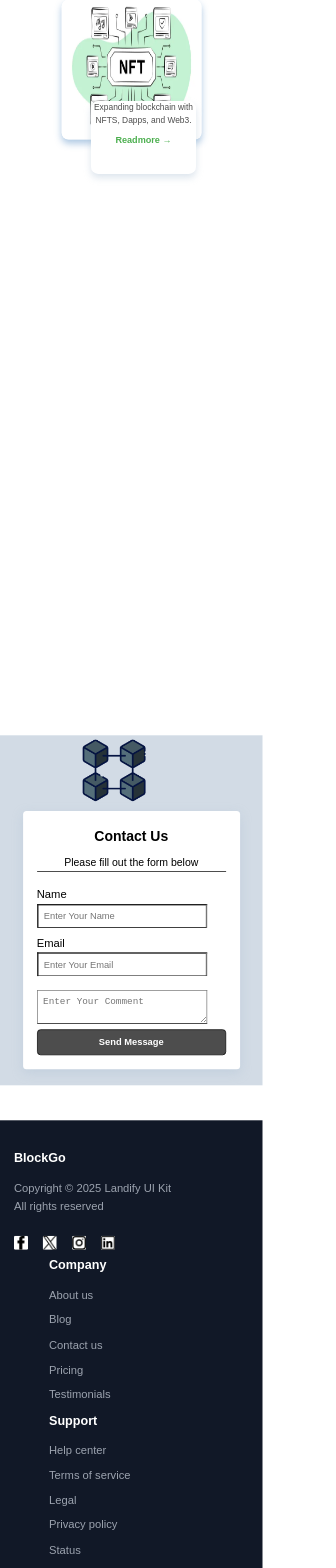
Repository: Tafsirul555/Assignment
Page: Assignment/index.html
The author's editor kept a copy of each file at every save. The page is drawn from the files as they stood at one save, then again after a run of saves.
The browser window is 375 px wide. The page is 480 px wide, so the pictures cover 480 px, including what lies to the right of the window. The pictures show the part of the page from y = 3649 to 5889 px (the page is 6010 px tall before and 5210 px after), at 70% of full size.

Above is the page before, as saved 2025-06-12 23:36:36.

### Assignment/index.html
<!DOCTYPE html>
<html lang="en">
<head>
    <meta charset="UTF-8">
    <meta name="viewport" content="width=device-width, initial-scale=1.0">
    <link rel="stylesheet" href="Assignment1.css">
    <title>Document</title>
</head>
<body>
    <nav class="navbar">

        <div class="logo">
            <h1>BlockGo</h1>
        </div>

        <div class="nav-link">

                    <a href="#">Home</a>
                    <a href="#">Blog</a>
                    <a href="#">Contact</a>
                    <a href="#">About</a>
        </div>
        <div class="Data">
            <a href="#" class="SignUp">Sign Up</a>
            <p>&nbsp;or&nbsp;</p>
            <a href="#" class="Login">Login</a>
        </div>
    </nav>

    <header class="Headerbar">

        <div class="Header-banner">
            <h1>Learn Center</h1>
            <p>Your hub for no-nonsense articles, videos, and how-to guides to help you get up to speed on all things crypto and blockchain</p>

            <a href="#" class="headerbutton">Learn More</a>
        </div>
         <div class="bannerpic">
            <img src="../Assignment/Pic/blockchain-20-8079799-6591924-removebg-preview.png" alt="Blockchain">
        </div>
    </header>

    <main class="mainbar">
        <div class="main-text">
        <h1>Our Clients</h1>
        <p>We have been working with some fortune 500+ clients</p>
        </div>

        <div class="main-pic">
            <img src="../Assignment/Pic/icon/block.png" alt="block.png">
            <img src="../Assignment/Pic/icon/blockchain.png" alt="blockchain.png">
            <img src="../Assignment/Pic/icon/crypto-wallet.png" alt="crypto-wallet.png">
            <img src="../Assignment/Pic/icon/currency-exchange (1).png" alt="currency-exchange (1).png">
            <img src="../Assignment/Pic/icon/currency-exchange.png" alt="currency-exchange.png">
            <img src="../Assignment/Pic/icon/secure.png" alt="secure.png">
        </div>
    </main>

    <section class="sectionbar">
        <div class="section-text">
        <h1>Explore the Power of <br>Blockchain in key Sectors</h1>

<p>Who can benefit from blockchain technology?</p>
</div>
    </section>

    <article class="articlebar">

        <div class="article-cc">
            <img src="../Assignment/Pic/icon/group (1).png" alt="group.png">
            <h1>Creator Communities</h1>
            <p>Support creators with NFT<br>marketplaces and direct engagement<br>with their audience.</p>
            </div>

       <div class="article-fi">
        <img src="../Assignment/Pic/icon/corporation.png" alt="corporation.png">
       <h1>Financial Institutions</h1>
       <p>Blockchain enables secure,<br>transparent, and decentralized<br>financial transactions</p>
        </div>

        <div class="article-scm">
            <img src="../Assignment/Pic/icon/procurement.png" alt="procurement.png">
            <h1>Supply Chain Management</h1>
            <p>Enhance traceability, transparency,<br>and operational efficiency across<br>global supply chains</p>
        </div>
    </article>

    <figure class="figurebar">

        <div class="figure-text">
            <h2>Helping Blockchain<br>Transform the World</h2>
            <p>We reached here with innovation and decentralization</p>
        </div>

        <div class="figure-box">

            <div class="figure-box1">

        <div class="figure-bn">
            <div class="figure-bn-img">
            <img src="../Assignment/Pic/icon/group.png" alt="">
            </div>
            <div class="figure-bn-text">
            <h2>120+</h2>
            <p>Blockchain Network</p>
            </div>
        </div>

        <div class="figure-sc">
            <div class="figure-sc-img">
            <img src="../Assignment/Pic/icon/mutual.png" alt="">
            </div>
            <div class="figure-sc-text">
            <h2>420,000+</h2>
            <p>Smart Contracts</p>
            </div>
        </div>
        </div>

        <div class="figure-box2">
        <div class="figure-tvl">
            <div class="figure-tvl-img">
            <img src="../Assignment/Pic/icon/tap.png" alt="">
            </div>
            <div class="figure-tvl-text">
            <h2>$150 Billion+</h2>
            <p>Total Value Locked</p>
            </div>
        </div>

        <div class="figure-aw">
            <div class="figure-aw-img">
            <img src="../Assignment/Pic/icon/wallet.png" alt="">
            </div>
            <div class="figure-aw-text">
            <h2>1,245,000+</h2>
            <p>Active Wallets</p>
            </div>
        </div>
        </div>
        </div>
    </figure>

    <aside class="BlockchainFuture">

        <div class="BlockchainFuture-text">
            <h2>Blockchain: The Foundation of the Future</h2>
            <p>Discover the latest blockchain trends, innovations, and use cases. Learn how <br>blockchain is reshaping industries, securing data, and powering the next <br>generation of applications.</p>
        </div>

    <div class="BlockchainFutureBox">

    <div class="BlockchainFuture-box1">
        <div class="img1">
            <img src="../Assignment/Pic/bank.png" alt="bank">
        </div>
        <div class="text1">
        <p>Transforming banking with<br>secure and decentralized<br>solutions.</p>
        <p class="readmore">Readmore →</p>
        </div>
    </div>

    <div class="BlockchainFuture-box2">
        <div class="img2">
            <img src="../Assignment/Pic/transparency.webp" alt="transparency">
        </div>
        <div class="text2">
        <p>Ensuring transparency and<br>traceability worldwide.</p>
        <p class="readmore">Readmore →</p>
        </div>
    </div>

    <div class="BlockchainFuture-box3">
        <div class="img3">
            <img src="../Assignment/Pic/Top-10-NFT-DApps-in-2023-01.webp" alt="NFT DApps">
        </div>
        <div class="text3">
        <p>Expanding blockchain with<br>NFTS, Dapps, and Web3.</p>
        <p class="readmore">Readmore →</p>
        </div>
    </div>

</div>

  </aside>

  <div class="Contact">

    <div class="Contact-Img">
        <img src="../Assignment/Pic/blockchain.png" alt="Blockchain">
    </div>

    <div class="Contact-Form">
        <form action="">
            <caption><h1>Contact Us</h1> <p>Please fill out the form below</p></caption>
        <form action="">

            <label for="name">Name</label>
            <input type="text" name="Name" id="name" placeholder="Enter Your Name" required> <br>

            <label for="email">Email</label>
            <input type="email" name="Email" id="email" placeholder="Enter Your Email" required> <br>

            <textarea name="Comment" id="comment" placeholder="Enter Your Comment"  required></textarea>

            <button type="submit">Send Message</button>
        </form>
    </div>
  </div>

  <footer class="footer">
  <div class="footer-container">
    <div class="footer-column1">
      <h4>BlockGo</h4>
      <p>Copyright &copy; 2025 Landify UI Kit <br> All rights reserved</p>
      <div class="footer-socials">
        <a href="#"><img src="../Assignment/Pic/icon/facebook.png " alt="Facebook"></a>
        <a href="#"><img src="../Assignment/Pic/icon/twitter.png" alt="Twitter"></a>
        <a href="#"><img src="../Assignment/Pic/icon/instagram.png" alt="Instagram"></a>
        <a href="#"><img src="../Assignment/Pic/icon/linkedin.png" alt="linkedin"></a>
      </div>
    </div>

    <div class="footer-column">
      <h4>Company</h4>
      <ul>
        <li><a href="#">About us</a></li>
        <li><a href="#">Blog</a></li>
        <li><a href="#">Contact us</a></li>
        <li><a href="#">Pricing</a></li>
        <li><a href="#">Testimonials</a></li>
      </ul>
    </div>

    <div class="footer-column">
      <h4>Support</h4>
      <ul>
        <li><a href="#">Help center</a></li>
        <li><a href="#">Terms of service</a></li>
        <li><a href="#">Legal</a></li>
        <li><a href="#">Privacy policy</a></li>
        <li><a href="#">Status</a></li>
      </ul>
    </div>

    <div class="footer-column">
      <h4>Stay up to date</h4>
      <form class="newsletter-form">
        <input type="email" placeholder="Your email address">
        <button type="submit">
            <img src="../Assignment/Pic/icon/direct.png" alt="Send Icon">
        </button>
      </form>
    </div>
  </div>
</footer>

</body>
</html>

### Assignment/Assignment1.css
*{
    margin: 0;
    padding: 0;
    box-sizing: border-box;
    text-decoration: none;
}

body{
    font-family: Arial, sans-serif;
    line-height: 1.6;
    height: 100%;
    background: rgba(255, 255, 255, 1);
}

.navbar{
    width: 100%;
    height: 9vh;
    color: #f5f5ff 0%;
    box-shadow: 0px 2.78px 5.57px 0px rgba(171, 190, 209, 0.4);
    position: fixed;
    display: flex;
    justify-content: center;
    align-items: center;
}

.navbar div,
.navbar a,
.navbar h1,
.navbar p{
    display: inline-block;
}

.navbar .nav-link a{
    color: rgba(77, 77, 77, 1);
}


.navbar div,
.navbar a,
.navbar p{
    font-size: 2vh;
}

.navbar .logo,
.navbar .nav-link{
    margin-right: 290px;
}

.navbar .logo,
.navbar .nav-link,
.navbar .data,
.navbar p{
    padding: 10px;
    text-align: center;
}

.navbar .nav-link a{
    padding-right: 3vw;
}

.SignUp,
.Login{
    background-color: rgba(203, 213, 225, 1);
    width: 9vw;
    height: 7vh;
    padding: 10px;
    border-radius: 5px;
    text-align: center;
    font-weight: bold;
    color: black;
}

.Headerbar{
    width: 100%;
    height: 400px;
    background-color: rgba(245, 247, 250, 1);
    display: flex;
    justify-content: center;
    align-items: center;
    padding: 20px;
    gap: 27vw;
    flex-wrap: wrap;
}

.Header-banner{
    display: flex;
    flex-direction: column;
    align-content: center;
    max-width: 400px;
}

.bannerpic{
    width: 150px;
    height: auto;
    object-fit: contain;
    margin-top: 70px;
    margin-right: 20px;
}

.Headerbar p,
.Headerbar h1,
.Headerbar a,
.Headerbar img,
.Header-banner,
.bannerpic{
    background-color: rgba(245, 247, 250, 1);
}

.Headerbar h1{
    margin-top: 80px;
}

.Headerbar p,
.Headerbar h1,
.Headerbar a{
    padding-bottom: 20px;
}

.Header-banner h1{
    font-weight:bold;
    font-size: 44.55px;
    line-height: 52.9px;
    letter-spacing: 0%;
    color: rgba(77, 77, 77, 1);
}

.Header-banner p{
    max-width: 100%;
    word-wrap: break-word;
    color: rgba(77, 77, 77, 1);
    text-align: left;
}

.Header-banner .headerbutton{
    background-color: rgba(203, 213, 225, 1);
    width: 103px;
    height: 50px;
    padding: 10px;
    border-radius: 5px;
}

.Header-banner a{
    color: rgba(2, 6, 23, 1);
    font-family:'Times New Roman', Times, serif;
}

@media (max-width: 550px) {
  .Headerbar {
    flex-direction: column;
    justify-content: flex-start;
    align-items: center;
    height: auto;
  }

  .Header-banner{
    align-items: center;
    text-align: center;
    order: 1;
  }

  .bannerpic {
    width: 200px;
    margin-bottom: 20px;

  }
}

.mainbar{
    width: 100%;
    height: 500px;
    display: flex;
    text-align: center;
    flex-direction: column;
}

.mainbar img{
    display: inline-block;
    width: 27.8427791595459px;
    height: auto;
    margin-left: 120px;

}

.mainbar h1{
    margin-top: 120px;
    color: rgba(77, 77, 77, 1);
}

.mainbar p{
    color: rgba(77, 77, 77, 1);
}

.mainbar p,
.mainbar img{
    margin-top: 30px;
}

@media (max-width: 550px) {
  .mainbar {
    flex-direction: column;
    justify-content: flex-start;
    align-items: center;
    height: auto;
  }

  .main-pic {
    display: inline-block;
    width: 400px;

  }
}

section{
    margin-top: -72px;
}

section h1,
section p{
    text-align: center;
    max-width: 100%;
    word-wrap: break-word;
    color: rgba(77, 77, 77, 1);
}

section p{
    font-size: smaller;
}

@media (max-width: 550px) {
  .sectionbar {
    text-align: center;
    height: auto;
    margin-top: 50px;
  }
}


.articlebar{
    width: 100%;
    height: 200px;
    display: flex;
    justify-content: space-between;
    align-items: center;
    text-align: center;
    flex-wrap: wrap;
    display: inline-block;
    margin-top: 100px;
    color: rgba(77, 77, 77, 1);
}

article img{
    width: 50px;
    height: auto;
}

.articlebar p{
    font-size: small;
}

.articlebar .article-cc,
.articlebar .article-fi,
.articlebar .article-scm{
    display: inline-block;
}

.articlebar .article-fi{
    margin-left: 75px;
    margin-right: 75px;
}

.figurebar{
    width: 100%;
    height: 250px;
    color: rgba(77, 77, 77, 1);
    background-color: rgba(245, 247, 250, 1);
    display: flex;
    justify-content: center;
    align-items: center;
    flex-wrap: wrap;
}

.figurebar .figure-text,
.figurebar .figure-bn,
.figurebar .figure-sc,
.figurebar .figure-tvl,
.figurebar .figure-aw,
.figurebar .figure-box,
.figurebar div,
.figurebar h2,
.figurebar p,
.figurebar img{
    background-color: rgba(245, 247, 250, 1);
}

.figurebar .figure-box img {
    width: 50px;
}

.figure-bn .figure-bn-img,
.figure-bn .figure-bn-text{
    display: inline-block;
}

.figure-sc .figure-sc-img,
.figure-sc .figure-sc-text{
    display: inline-block;
}
.figure-tvl .figure-tvl-img,
.figure-tvl .figure-tvl-text{
    display: inline-block;
}

.figure-aw .figure-aw-img,
.figure-aw .figure-aw-text{
    display: inline-block;
}

.figure-box1 .figure-bn,
.figure-box1 .figure-sc{
    display: inline-block;
}
.figure-box2 .figure-tvl,
.figure-box2 .figure-aw{
    display: inline-block;
}

.figurebar .figure-text{
    margin-right: 150px;
}

.figurebar .figure-bn,
.figure-box .figure-tvl{
    padding-right: 6vw;
}

.figurebar .figure-box1{
    margin-bottom: 2vw;
}

.figurebar img{
    margin-right: 10px;
}

@media (max-width: 550px) {
  .figurebar {
    flex-direction: column;
    display: flex;
    align-items: center;
    justify-content: center;
    align-items: center;
    height: auto;
  }

  .figure-text,
  .figure-box{
    margin-left: 80px;
    margin-top: 50px;
  }

  .figure-text {
    text-align: center;
  }

  .figure-box {
    display: flex;
    justify-content: center;
    display: inline-block;
    width: 400px;

  }

  .figurebar .figure-text,
.figurebar .figure-bn,
.figurebar .figure-sc,
.figurebar .figure-tvl,
.figurebar .figure-aw,
.figurebar .figure-box,
.figurebar div,
.figurebar h2,
.figurebar p,
.figurebar img{
    background-color: rgba(245, 247, 250, 1);
}
}

.BlockchainFuture {
    width: 100%;
    height: auto;
    color: rgba(77, 77, 77, 1);
    padding: 50px 0;
    position: relative;
}

.BlockchainFuture-text {
    margin-bottom: 50px;
    text-align: center;
}

.BlockchainFuture .BlockchainFuture-text p{
    font-size: 12px;
    line-height: 1.5;
}

.BlockchainFutureBox {
    display: flex;
    justify-content: center;
    flex-wrap: wrap;
}

.BlockchainFuture-box1,
.BlockchainFuture-box2,
.BlockchainFuture-box3 {
    width: 300px;
    text-align: center;
    max-width: 400px;

}

.BlockchainFutureBox img {
    width: 200px;
    height: 200px;
    box-shadow: 0px 5.57px 11.14px 0px rgba(51, 118, 186, 0.4);
    border-radius: 10px;
}

.BlockchainFutureBox p {
    font-size: 14px;
    margin: 10px 0;
}

.BlockchainFuture-box1 .text1,
.BlockchainFuture-box2 .text2,
.BlockchainFuture-box3 .text3{
    width: 150px;
    box-shadow: 0px 5.57px 11.14px 0px rgba(171, 190, 209, 0.4);
    border-radius: 10px;
    margin-left: 77px;
    position: absolute;
    background-color: white;
    top: 76%;
    max-width: 200px;
}

.BlockchainFuture-box1 .text1 p,
.BlockchainFuture-box2 .text2 p,
.BlockchainFuture-box3 .text3 p{
    font-size: 12px;
    line-height: 1.5;
    display: block;
}

.BlockchainFuture-box1 .text1 .readmore,
.BlockchainFuture-box2 .text2 .readmore,
.BlockchainFuture-box3 .text3 .readmore{
    font-weight: bold;
    font-size: 13px;
    color: rgba(76, 175, 79, 1);

}

.BlockchainFuture-box2 .text2 ,
.BlockchainFuture-box3 .text3{
    height: 103.5px;
}

.BlockchainFuture-box1 .img1,
.BlockchainFuture-box2 .img2,
.BlockchainFuture-box3 .img3{
    pointer-events: none;
    display: block;
}

.BlockchainFutureBox .BlockchainFuture-box1 :hover{
    background-color: rgba(204, 193, 193, 0.98);
}

.BlockchainFutureBox .BlockchainFuture-box2 :hover{
    background-color: rgba(204, 193, 193, 0.98);
}

.BlockchainFutureBox .BlockchainFuture-box3 :hover{
    background-color: rgba(204, 193, 193, 0.98);
}


@media (max-width: 480px) {
    .BlockchainFuture {
        display: flex;
        flex-direction: column;
        align-items: center;
        justify-content: flex-start;
        height: 1000px;
    }

    .BlockchainFuture-box1,
    .BlockchainFuture-box2,
    .BlockchainFuture-box3 {
        width: 100%;
        text-align: center;
        margin-bottom: 200px;
    }

    .BlockchainFuture-box2 {
        order: 1;
    }

    .BlockchainFuture-box3 {
        order: 2;
    }

    .BlockchainFuture-box1 .text1,
    .BlockchainFuture-box2 .text2,
    .BlockchainFuture-box3 .text3 {
        text-align: center;
        position: relative;
        margin-top: -180px;
       margin-left: 130px;

    }
}


.Contact{
    width: 100%;
    height: 450px;
    display: flex;
    justify-content: space-between;
    align-items: center;
    background-color: rgba(203, 213, 225, 0.85);
    margin-top: 100px;
}

.Contact img{
    width: 250px;
    height: auto;
    margin-left: 200px;
}

.Contact-Form{
    background-color: white;
    box-shadow: 0 5px 15px rgba(171, 190, 209, 0.4);
    color: black;
    width: 310px;
    height: 90%;
    padding: 20px;
    border-radius: 5px;
    position: relative;
    margin-right: 200px;
}

.Contact h1,p{
    text-align: center;
    margin-bottom: 10px;
}

.Contact input,
.Contact textarea{
    margin-bottom: 6px;
    padding: 3px;
    border-bottom: 1px solid black;
}

.Contact p{
    border-bottom: 1px solid black;
    margin-bottom: 20px;
}

.Contact button{
    padding: 10px;
    /* background-color: rgba(205, 25, 25, 0.765); */
    margin-top: 8px;
    border-radius: 5px;
    border: 1px solid black;
    width: 100%;
    text-align: center;
    display: block;
    margin: 20px auto 0;
    background-color: rgba(77, 77, 77, 1);
    color: white;
    font-weight: bold;
    cursor: pointer;
}

.Contact button:hover{
    /* background-color: rgb(104, 4, 4); */
    color: black;
    border: none;
    background-color: rgba(164, 153, 153, 0.929);
}

.Contact input[type="text"],
.Contact input[type="email"],
.Contact textarea[name="Comment"]{
    width: 100%;
    padding: 8px;
    margin-bottom: 10px;
}

.Contact textarea[name="Comment"]{
    margin-top: 10px;
}

@media (max-width: 450px) {

    .Contact {
        flex-direction: column;
        width: 100%;
        height: 500px;
        margin-top: 1000px;
    }

    .Contact-Img{
    width: 150px;
    height: auto;
}

 .Contact-Img img{
    width: 100px;
    height: auto;
    margin-left: 0px;
}

.Contact-Form{
    background-color: white;
    box-shadow: 0 5px 15px rgba(171, 190, 209, 0.4);
    color: black;
    width: 310px;
    height: 80%;
    padding: 20px;
    border-radius: 5px;
    position: relative;
    margin-left: 200px;
    margin-bottom: 10000px;
}

.Contact h1{
    text-align: center;
    margin-bottom: 10px;
    font-size: 20px;
}

.Contact p{
    text-align: center;
    font-size: 15px;
    border-bottom: 1px solid black;
}


.Contact input,
.Contact textarea{
    margin-bottom: 6px;
    padding: 3px;
    border-bottom: 1px solid black;
}

.Contact button{
    padding: 10px;
    border-radius: 5px;
    border: 1px solid black;
    width: 100%;
    text-align: center;
    display: block;
    background-color: rgba(77, 77, 77, 1);
    color: white;
    font-weight: bold;
    cursor: pointer;
    margin-top: -10px;
}

.Contact button:hover{
    color: black;
    border: none;
    background-color: rgba(164, 153, 153, 0.929);
}

.Contact input[type="text"],
.Contact input[type="email"],
.Contact textarea[name="Comment"]{
    width: 90%;
    padding: 8px;
    margin-bottom: 10px;
}

.Contact textarea[name="Comment"]{
    margin-top: 10px;
}
    }


.footer {
    background-color: #111827;
    color: white;
    padding: 40px 20px;
}

.footer-container {
    max-width: 1200px;
    margin: auto;
    display: flex;
    flex-wrap: wrap;
    justify-content: space-between;
}

.footer-column {
    margin-left: 50px;
}

.footer-column1 h4 {
    font-size: 18px;
    margin-bottom: 15px;
    color: #ffffff;
}
.footer-column1 img {
    background-color: white;
    border-radius: 2px;
    margin-top: 20px;
}
.footer-column1 p {
    text-align: left;
}

.footer-column h4,
.footer-column h3 {
    font-size: 18px;
    margin-bottom: 15px;
    color: #ffffff;
}

.footer-column ul {
    list-style: none;
    padding: 0;
}

.footer-column ul li {
    margin-bottom: 10px;
}

.footer-column ul li a {
    color: #9ca3af;
    transition: color 0.3s;
}
.footer-column1 {
    color: #9ca3af;
    transition: color 0.3s;
}

.footer-column ul li a:hover {
    color: white;
}

.footer-socials a img {
    width: 20px;
    margin-right: 17px;

}



.newsletter-form {
    display: flex;
}

.newsletter-form input[type="email"] {
    padding: 10px;
    border: none;
    border-radius: 4px;
}

.newsletter-form button {
    padding: 10px 15px;
    background-color: #2563eb;
    color: white;
    border: none;
    border-radius: 4px;
    font-weight: bold;
}

.newsletter-form button img{
    width: 18px;
}

.newsletter-form button:hover {
    background-color: #1d4ed8;
}

@media (max-width: 768px) {

    .footer{
        margin-top: 50px;
    }
    .footer-container {
        flex-direction: column;
        align-items: flex-start;
    }
}

After the next 2 saves:
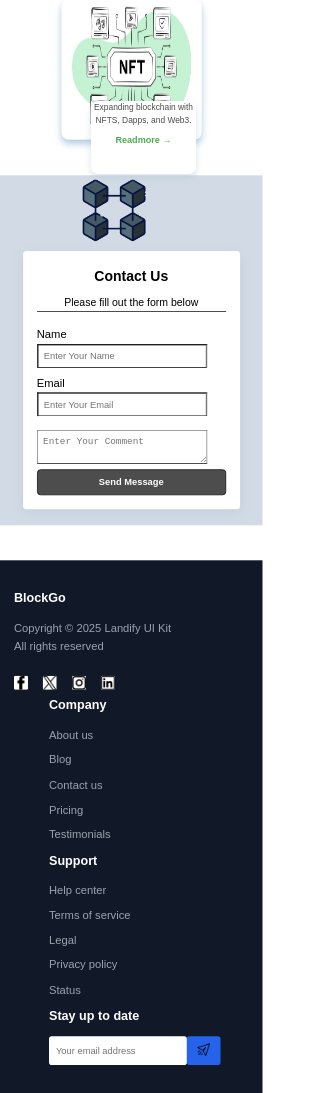
The 2 saves are shown as one change because they came seconds apart.
The last was saved 6 s later.
--- a/Assignment/Assignment1.css
+++ b/Assignment/Assignment1.css
@@ -606,7 +606,7 @@ article img{
         flex-direction: column;
         width: 100%;
         height: 500px;
-        margin-top: 1000px;
+        margin-top: 200px;
     }
 
     .Contact-Img{
